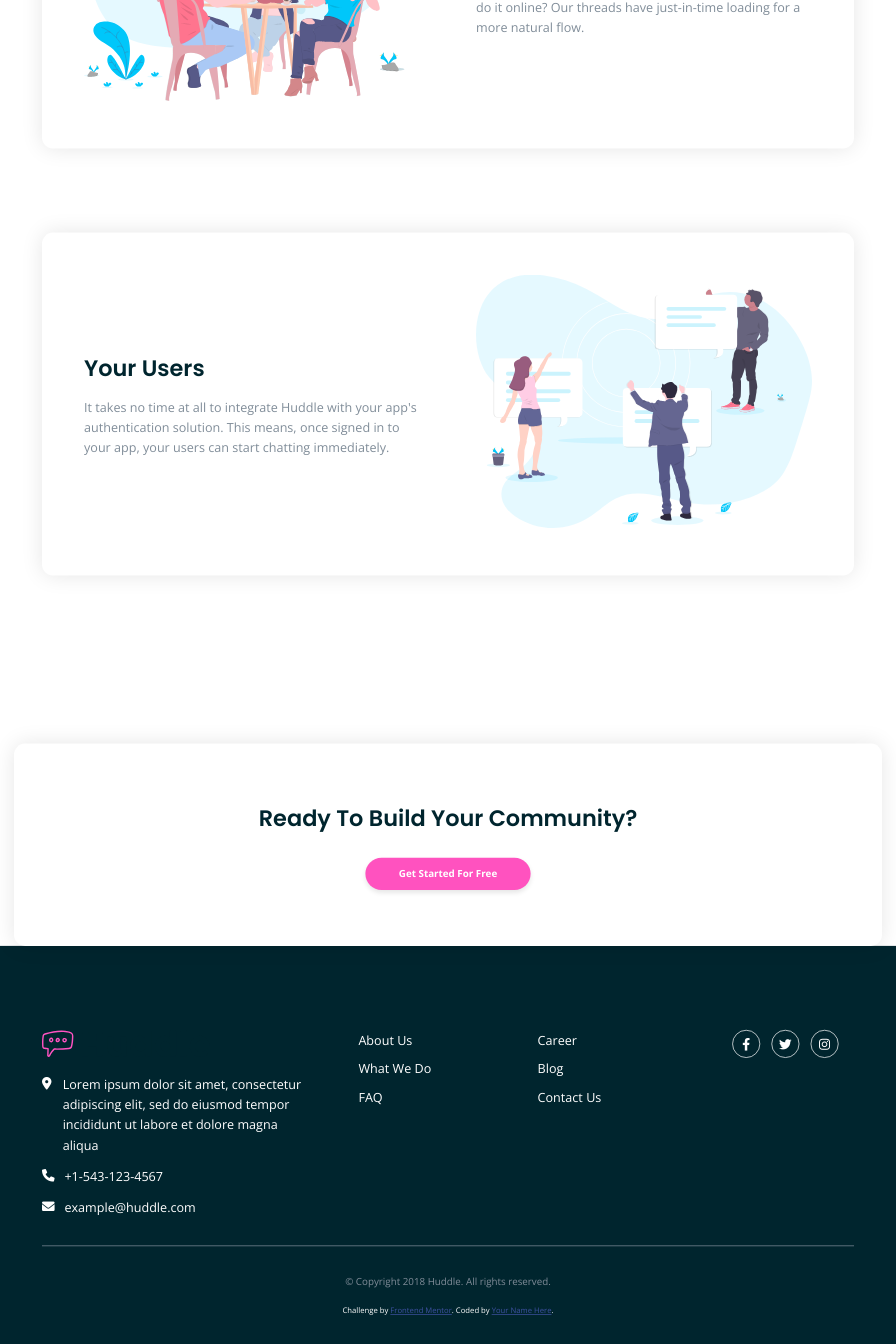
Repository: blordeus/huddle-landing-page
Page: index.html
The author's editor kept a copy of each file at every save. The page is drawn from the files as they stood at one save, then again after the next save.
The browser window is 1280 px wide. The pictures show the part of the page from y = 1706 to 3626 px (the page is 3626 px tall before and 3566 px after), at 70% of full size.

Above is the page before, as saved 2025-07-01 11:08:30.

### index.html
<!DOCTYPE html>
<html lang="en">
<head>
  <meta charset="UTF-8">
  <meta name="viewport" content="width=device-width, initial-scale=1.0">
  <link rel="icon" type="image/png" sizes="32x32" href="./images/favicon-32x32.png">
  <title>Frontend Mentor | Huddle landing page with alternating feature blocks</title>

  <!-- Google Fonts -->
  <link rel="preconnect" href="https://fonts.googleapis.com">
  <link rel="preconnect" href="https://fonts.gstatic.com" crossorigin>
  <link href="https://fonts.googleapis.com/css2?family=Poppins:wght@600&family=Open+Sans:wght@400;700&display=swap" rel="stylesheet">
  <link rel="stylesheet" type="text/css" href="styles.css" />

  <!-- Font Awesome for social icons -->
  <link rel="stylesheet" href="https://cdnjs.cloudflare.com/ajax/libs/font-awesome/6.0.0/css/all.min.css">
</head>

<body>
  <!-- Header -->
  <header class="header">
    <div class="container">
      <div class="header-content">
        <img src="./images/logo.svg" alt="Logo">
        <a href="#" class="btn btn-outline">Try It Free</a>
      </div>
    </div>
  </header>

  <!-- Hero Section -->
  <section class="hero">
    <div class="container">
      <div class="hero-content">
        <div class="hero-text">
          <h1>Build The Community Your Fans Will Love</h1>
          <p>Huddle re-imagines the way we build communities. You have a voice, but so does your audience. Create connections with your users as you engage in genuine discussion.</p>
          <a href="#" class="btn">Get Started For Free</a>
        </div>
        <div class="hero-image">
          <img src="./images/illustration-mockups.svg" alt="Desktop and mobile chat interface showing community conversations">
        </div>
      </div>
    </div>
  </section>

  <!-- Features Section -->
  <section class="features">
    <div class="container">
      <div class="feature">
        <div class="feature-content">
          <h2>Grow Together</h2>
          <p>Generate meaningful discussions with your audience and build a strong, loyal community. Think of the insightful conversations you miss out on with a feedback form.</p>
        </div>
        <div class="feature-image">
          <img src="./images/illustration-grow-together.svg" alt="Illustration of people having meaningful conversations and building community">
        </div>
      </div>

      <div class="feature">
        <div class="feature-content">
          <h2>Flowing Conversations</h2>
          <p>You wouldn't paginate a conversation in real life, so why do it online? Our threads have just-in-time loading for a more natural flow.</p>
        </div>
        <div class="feature-image">
          <img src="./images/illustration-flowing-conversation.svg" alt="Illustration of natural flowing conversation interface with seamless chat threads">
        </div>
      </div>

      <div class="feature">
        <div class="feature-content">
          <h2>Your Users</h2>
          <p>It takes no time at all to integrate Huddle with your app's authentication solution. This means, once signed in to your app, your users can start chatting immediately.</p>
        </div>
        <div class="feature-image">
          <img src="./images/illustration-your-users.svg" alt="Illustration showing easy user authentication and immediate chat access">
        </div>
      </div>
    </div>
  </section>

  <!-- Call to Action -->
  <section class="cta">
    <div class="container">
      <h2>Ready To Build Your Community?</h2>
      <a href="#" class="btn">Get Started For Free</a>
    </div>
  </section>

  <!-- Footer -->
  <footer class="footer">
    <div class="container">
      <div class="footer-content">
        <div class="footer-info">
          <a href="#" class="footer-logo">
            <img src="./images/logo.svg" alt="">
          </a>
          <div class="contact-info">
            <div class="contact-item">
              <i class="fas fa-map-marker-alt"></i>
              <p>Lorem ipsum dolor sit amet, consectetur adipiscing elit, sed do eiusmod tempor incididunt ut labore et dolore magna aliqua</p>
            </div>
            <div class="contact-item">
              <i class="fas fa-phone"></i>
              <p>+1-543-123-4567</p>
            </div>
            <div class="contact-item">
              <i class="fas fa-envelope"></i>
              <p>example@huddle.com</p>
            </div>
          </div>
        </div>

        <div class="footer-links">
          <a href="#">About Us</a>
          <a href="#">What We Do</a>
          <a href="#">FAQ</a>
        </div>

        <div class="footer-links">
          <a href="#">Career</a>
          <a href="#">Blog</a>
          <a href="#">Contact Us</a>
        </div>

        <div class="social-icons">
          <a href="#" class="social-icon" aria-label="Facebook">
            <i class="fab fa-facebook-f"></i>
          </a>
          <a href="#" class="social-icon" aria-label="Twitter">
            <i class="fab fa-twitter"></i>
          </a>
          <a href="#" class="social-icon" aria-label="Instagram">
            <i class="fab fa-instagram"></i>
          </a>
        </div>
      </div>

      <div class="copyright">
        <p>&copy; Copyright 2018 Huddle. All rights reserved.</p>
      </div>
    </div>

    <p class="attribution">
      Challenge by <a href="https://www.frontendmentor.io?ref=challenge" target="_blank">Frontend Mentor</a>.
      Coded by <a href="#">Your Name Here</a>.
    </p>
  </footer>
</body>
</html>

### styles.css
    * {
      margin: 0;
      padding: 0;
      box-sizing: border-box;
    }

    body {
      font-family: 'Open Sans', sans-serif;
      font-size: 18px;
      line-height: 1.6;
      color: hsl(192, 100%, 9%);
    }

    .container {
      max-width: 1200px;
      margin: 0 auto;
      padding: 0 20px;
    }

    /* Header */
    .header {
      background: hsl(193, 100%, 96%);
      padding: 24px 0;
    }

    .header-content {
      display: flex;
      justify-content: space-between;
      align-items: center;
    }

    .header-content img {
      height: 40px;
    }

    .btn {
      background: hsl(322, 100%, 66%);
      color: white;
      border: none;
      padding: 12px 48px;
      border-radius: 24px;
      font-family: 'Open Sans', sans-serif;
      font-weight: 700;
      font-size: 14px;
      cursor: pointer;
      text-decoration: none;
      display: inline-block;
      transition: opacity 0.3s ease;
      box-shadow: 0 4px 8px rgba(0, 0, 0, 0.1);
    }

    .btn:hover {
      opacity: 0.8;
    }

    .btn-outline {
      background: white;
      box-shadow: 0 4px 8px rgba(0, 0, 0, 0.1);
      color: #00252E;
    }

    .btn-outline:hover {
      color: #808E9A;
    }

    /* Hero Section */
    .hero {
      background: hsl(199, 100%, 96%);
      background-image: url('./images/bg-hero.svg');
      background-size: cover;
      background-position: center;
      padding: 80px 0 120px;
    }

    .hero-content {
      display: grid;
      grid-template-columns: 1fr 1fr;
      gap: 80px;
      align-items: center;
    }

    .hero-text h1 {
      font-family: 'Poppins', sans-serif;
      font-weight: 600;
      font-size: 48px;
      line-height: 1.2;
      margin-bottom: 24px;
      color: hsl(192, 100%, 9%);
    }

    .hero-text p {
      font-size: 18px;
      color: hsl(192, 100%, 9%);
      margin-bottom: 32px;
      line-height: 1.6;
    }

    .hero-image {
      text-align: center;
    }

    .hero-image img {
      max-width: 100%;
      height: auto;
    }

    /* Features Section */
    .features {
      padding: 120px 0;
    }

    .feature {
      display: grid;
      grid-template-columns: 1fr 1fr;
      gap: 80px;
      align-items: center;
      margin-bottom: 120px;
      background: white;
      padding: 60px;
      border-radius: 16px;
      box-shadow: 0 0 30px rgba(0, 0, 0, 0.1);
    }

    .feature:nth-child(even) .feature-content {
      order: 2;
    }

    .feature:nth-child(even) .feature-image {
      order: 1;
    }

    .feature h2 {
      font-family: 'Poppins', sans-serif;
      font-weight: 600;
      font-size: 32px;
      margin-bottom: 16px;
      color: hsl(192, 100%, 9%);
    }

    .feature p {
      color: hsl(208, 11%, 55%);
      line-height: 1.6;
    }

    .feature-image {
      text-align: center;
    }

    .feature-image img {
      max-width: 100%;
      height: auto;
    }

    /* Call to Action */
    .cta {
      text-align: center;
      padding: 80px 0;
      background: white;
      margin: 0 20px;
      border-radius: 16px;
      box-shadow: 0 0 30px rgba(0, 0, 0, 0.1);
      position: relative;
      z-index: 2;

    }

    .cta h2 {
      font-family: 'Poppins', sans-serif;
      font-weight: 600;
      font-size: 32px;
      margin-bottom: 32px;
      color: hsl(192, 100%, 9%);
    }

    /* Footer */
    .footer {
      background: hsl(192, 100%, 9%);
      color: white;
      padding: 120px 0 40px;
    }

    .footer-content {
      display: grid;
      grid-template-columns: 2fr 1fr 1fr 1fr;
      gap: 60px;
      margin-bottom: 40px;
    }

    .footer-logo {
      display: flex;
      align-items: center;
      gap: 8px;
      font-family: 'Poppins', sans-serif;
      font-weight: 600;
      font-size: 24px;
      color: white;
      text-decoration: none;
      margin-bottom: 24px;
    }

    .footer-logo .logo-icon {
      background: white;
      color: hsl(322, 100%, 66%);
    }

    .contact-info {
      display: flex;
      flex-direction: column;
      gap: 16px;
    }

    .contact-item {
      display: flex;
      align-items: flex-start;
      gap: 16px;
    }

    .contact-item i {
      margin-top: 4px;
      width: 16px;
    }

    .footer-links {
      display: flex;
      flex-direction: column;
      gap: 12px;
    }

    .footer-links a {
      color: white;
      text-decoration: none;
      transition: color 0.3s ease;
    }

    .footer-links a:hover {
      color: hsl(322, 100%, 66%);
    }

    .social-icons {
      display: flex;
      gap: 16px;
      justify-content: center;
    }

    .social-icon {
      width: 40px;
      height: 40px;
      border: 1px solid white;
      border-radius: 50%;
      display: flex;
      align-items: center;
      justify-content: center;
      color: white;
      text-decoration: none;
      transition: all 0.3s ease;
    }

    .social-icon:hover {
      color: hsl(322, 100%, 66%);
      border-color: hsl(322, 100%, 66%);
    }

    .copyright {
      text-align: center;
      font-size: 14px;
      color: hsl(208, 11%, 55%);
      padding-top: 40px;
      border-top: 1px solid hsl(208, 11%, 55%);
    }

    .attribution {
      font-size: 11px;
      text-align: center;
      margin-top: 20px;
    }

    .attribution a {
      color: hsl(228, 45%, 44%);
    }

    /* Responsive Design */
    @media (max-width: 768px) {
      .container {
        padding: 0 16px;
      }

      .hero {
        background-image: url('./images/bg-hero.svg');
      }

      .header-content {
        flex-direction: column;
        gap: 20px;
      }

      .hero-content {
        grid-template-columns: 1fr;
        gap: 40px;
        text-align: center;
      }

      .hero-text h1 {
        font-size: 32px;
      }

      .feature {
        grid-template-columns: 1fr;
        gap: 40px;
        padding: 40px 20px;
        text-align: center;
      }

      .feature:nth-child(even) .feature-content,
      .feature:nth-child(even) .feature-image {
        order: unset;
      }

      .footer-content {
        grid-template-columns: 1fr;
        gap: 40px;
        text-align: center;
      }

      .social-icons {
        justify-content: center;
      }

      .cta {
        margin: 0 16px;
        padding: 40px 20px;
      }

      .cta h2 {
        font-size: 24px;
      }
    }

After the next save:
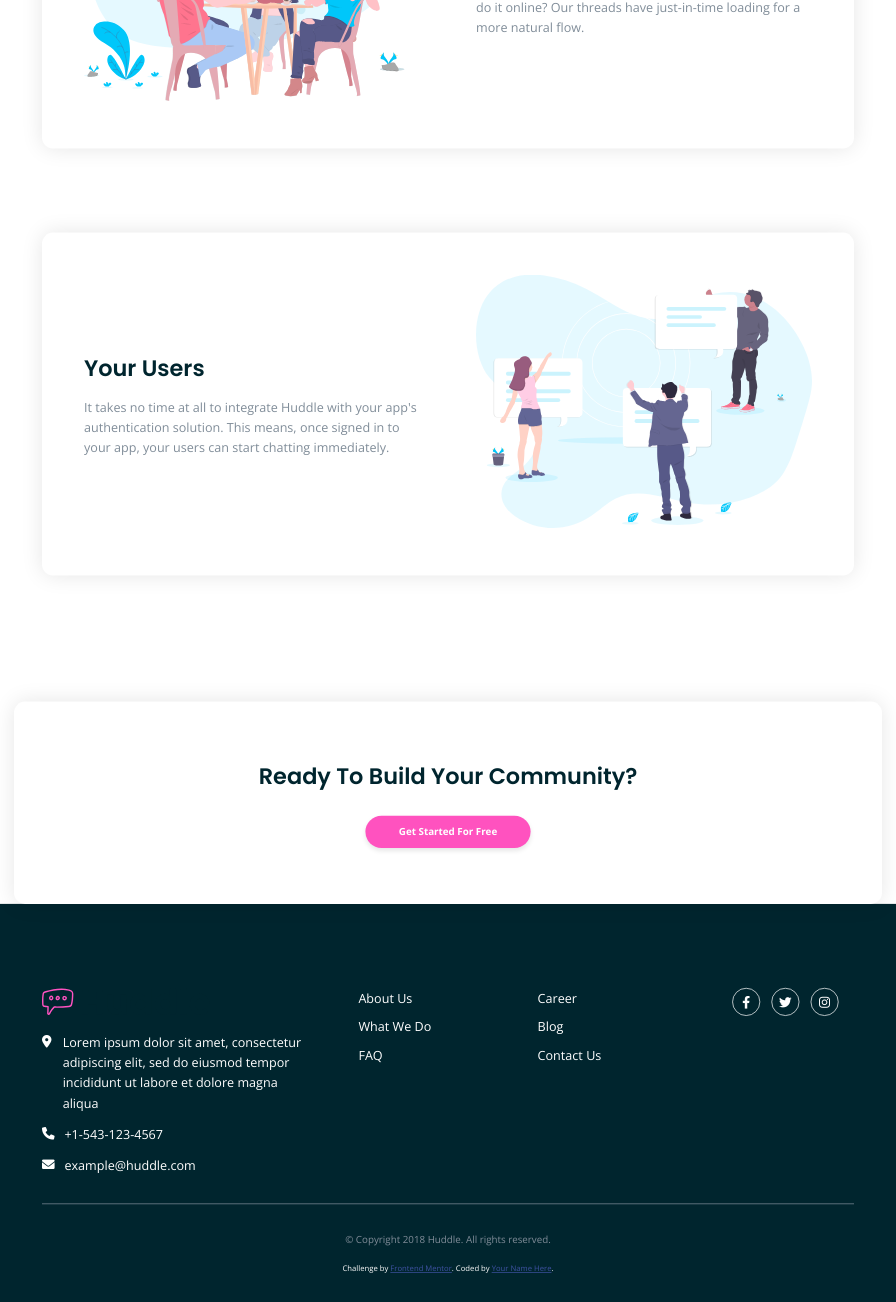
Saved 6 s later.
--- a/styles.css
+++ b/styles.css
@@ -161,7 +161,7 @@
       box-shadow: 0 0 30px rgba(0, 0, 0, 0.1);
       position: relative;
       z-index: 2;
-
+      margin-top: -60px; /* Overlap with features section */
     }
 
     .cta h2 {
